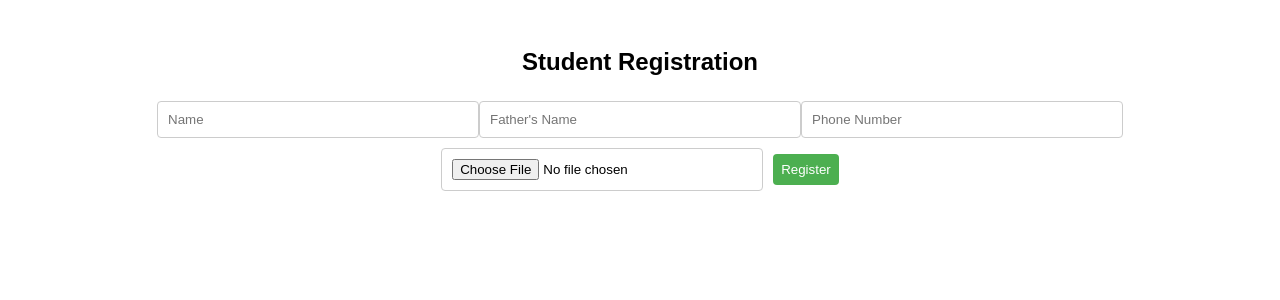
Repository: pripriya09/StudentID-Card-Download
Page: / (app in frontend/)
The author's editor kept a copy of each file at every save. The page is drawn from the files as they stood at one save, then again after a run of saves.
The browser window is 1280 px wide. The pictures show the whole page.
The project was rebuilt for these pictures with package versions that can differ from the ones it lists, and the page was loaded fresh each time. Also part of the build but not shown: frontend/vite.config.js.

Above is the page before, as saved 2025-01-07 11:53:28.

### frontend/src/main.jsx
import React from 'react'
import ReactDOM from 'react-dom/client'
// import App from './App'
// import './index.css'
import Form from './Form.jsx'
// import IDCardForm from './copy form/IDCardForm.jsx'

ReactDOM.createRoot(document.getElementById('root')).render(
  <React.StrictMode>
    {/* <App /> */}
    <Form/>
    {/* <IDCardForm/> */}
  </React.StrictMode>,
)

### frontend/src/Form.jsx
import React, { useState } from "react";
import axios from "axios";
import "./App.css";
import jsPDF from "jspdf";

const Form = () => {
  const [formData, setFormData] = useState({
    name: "",
    fatherName: "",
    phoneNumber: "",
    image: null, // Added image state
  });
  const [registrationNumber, setRegistrationNumber] = useState("");
  const [studentData, setStudentData] = useState(null);

  const handleSubmit = async (e) => {
    e.preventDefault();

    try {
      const response = await axios.post("http://localhost:6009/api/students", formData);
      const result = response.data;

      setStudentData({
        ...formData,
        registrationNumber: result.registrationNumber,
      });

      setFormData({
        name: "",
        fatherName: "",
        phoneNumber: "",
        image: null, // Clear image after submission
      });
    } catch (error) {
      console.error("Error sending data:", error);
    }
  };

  const handleChange = (e) => {
    if (e.target.name === "image") {
      const file = e.target.files[0];
      setFormData({ ...formData, image: URL.createObjectURL(file) });
    } else {
      setFormData({ ...formData, [e.target.name]: e.target.value });
    }
  };

  const handleDownloadtext = () => {
    if (studentData) {
      const fileData = `
        Name: ${studentData.name}
        Father's Name: ${studentData.fatherName}
        Phone Number: ${studentData.phoneNumber}
        Registration Number: ${studentData.registrationNumber}`;
      const blob = new Blob([fileData], { type: "text/plain" });

      const link = document.createElement("a");
      link.href = URL.createObjectURL(blob);
      link.download = `${studentData.registrationNumber}_ID_Card.txt`;
      link.click();

      setFormData({
        name: "",
        fatherName: "",
        phoneNumber: "",
        image: null,
      });
      setStudentData(null);
    }
  };

  function handleDownloadPDF() {
    if (studentData) {
      let PDFdocument = new jsPDF();
      const studentInfo = `
        Student ID Card
        Name: ${studentData.name}
        Father's Name: ${studentData.fatherName}
        Phone: ${studentData.phoneNumber}
        Registration Number: ${studentData.registrationNumber}
      `;

      PDFdocument.text(studentInfo, 10, 10);
      PDFdocument.save(`${studentData.registrationNumber}_ID_Card.pdf`);
      PDFdocument = null;
    }
  }

  return (
    <div className="App">
      <h2>Student Registration</h2>

      <form onSubmit={handleSubmit}>
        <input
          type="text"
          name="name"
          placeholder="Name"
          value={formData.name}
          onChange={handleChange}
          required
        />
        <input
          type="text"
          name="fatherName"
          placeholder="Father's Name"
          value={formData.fatherName}
          onChange={handleChange}
          required
        />
        <input
          type="tel"
          name="phoneNumber"
          placeholder="Phone Number"
          value={formData.phoneNumber}
          onChange={handleChange}
          required
        />
        <input
          type="file"
          name="image"
          accept="image/*"
          onChange={handleChange}
        />
        <button type="submit">Register</button>
      </form>

      {studentData && (
        <div className="id-card">
          <div className="id-card-image">
            <img
              src={studentData.image || "https://via.placeholder.com/100"}
              alt="Student"
              className="student-image"
            />
          </div>
          <div className="id-card-info">
            <h3>ID Card</h3>
            <p>Name: {studentData.name}</p>
            <p>Father's Name: {studentData.fatherName}</p>
            <p>Phone Number: {studentData.phoneNumber}</p>
            <p>Registration Number: {studentData.registrationNumber}</p>
            <button onClick={handleDownloadtext}>Download Card in txt</button>
            <button onClick={handleDownloadPDF}>Download Card in PDF</button>
          </div>
        </div>
      )}
    </div>
  );
};

export default Form;

### frontend/src/App.css
.App {
  text-align: center;
  font-family: Arial, sans-serif;
}

form input, form button {
  margin: 10px;
  padding: 8px;
}

.id-card {
  border: 1px solid #ccc;
  padding: 15px;
  width: 300px;
  margin: 2   0px auto;
}


.App {
  font-family: Arial, sans-serif;
  padding: 20px;
}

form {
  margin-bottom: 20px;
}

input[type="text"],
input[type="tel"],
input[type="file"] {
  margin: 5px 0;
  padding: 10px;
  width: 100%;
  max-width: 300px;
  border: 1px solid #ccc;
  border-radius: 4px;
}

button {
  padding: 10px 20px;
  background-color: #4CAF50;
  color: white;
  border: none;
  border-radius: 4px;
  cursor: pointer;
}

button:hover {
  background-color: #45a049;
}

.id-card {
  display: flex;
  align-items: center;
  border: 2px solid #ccc;
  padding: 10px;
  width: 400px;
  margin-top: 20px;
  background-color: #f9f9f9;
}

.id-card-image {
  flex: 1;
  margin-right: 20px;
}

.student-image {
  width: 100px;
  height: 100px;
  object-fit: cover;
  border-radius: 50%;
}

.id-card-info {
  flex: 2;
}

h3 {
  margin-top: 0;
}

button {
  margin-top: 10px;
  margin-right: 10px;
}

button:last-child {
  margin-right: 0;
}

Loaded but not shown: frontend/index.html (common file)

After the next 2 saves:
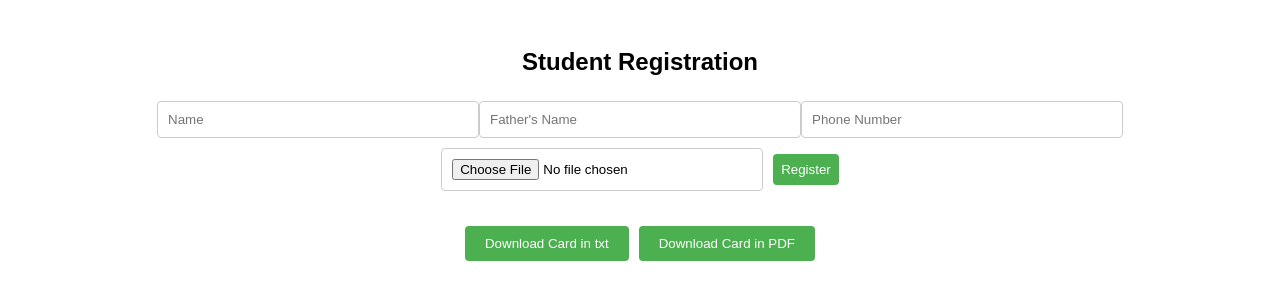
The 2 saves are shown as one change because they came seconds apart.
The last was saved 34 s later.
--- a/frontend/src/Form.jsx
+++ b/frontend/src/Form.jsx
@@ -139,11 +139,12 @@ const Form = () => {
             <p>Father's Name: {studentData.fatherName}</p>
             <p>Phone Number: {studentData.phoneNumber}</p>
             <p>Registration Number: {studentData.registrationNumber}</p>
-            <button onClick={handleDownloadtext}>Download Card in txt</button>
-            <button onClick={handleDownloadPDF}>Download Card in PDF</button>
+
           </div>
         </div>
       )}
+      <button onClick={handleDownloadtext}>Download Card in txt</button>
+      <button onClick={handleDownloadPDF}>Download Card in PDF</button>
     </div>
   );
 };
